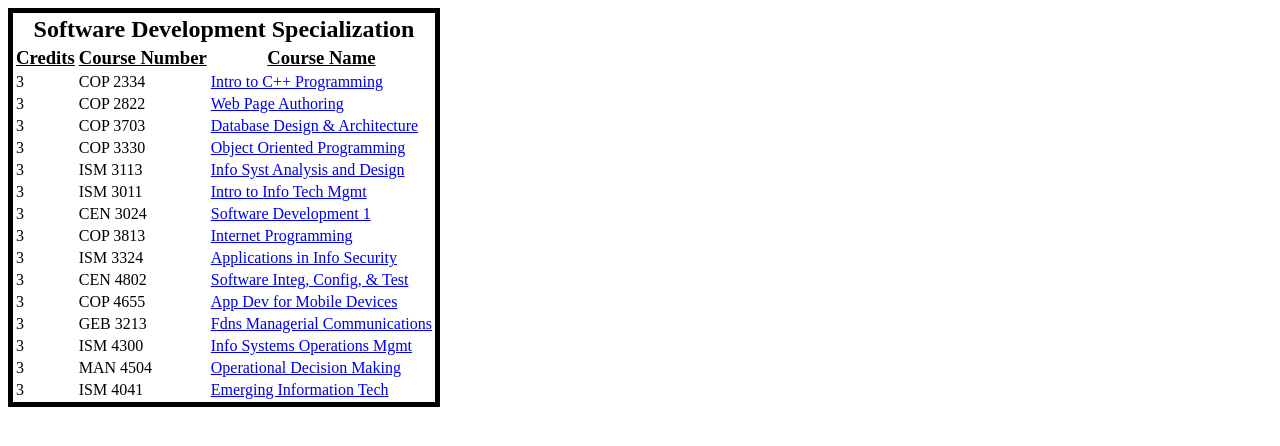
Repository: mlmEFSC21/P5-DegreeTableStyling
Page: FormattedProgramSpecialization1.html
An editor plug-in stored every save of this project. The page is shown before and after the next save, followed by the edit.
The browser window is 1280 px wide. The pictures show the whole page.
Some web fonts or font styles are not loaded; a fallback is used.

Above is the page before, as saved 2022-02-07 16:05:33.

### FormattedProgramSpecialization1.html
<!DOCTYPE html>
<html lang="en">
    <head>
        <meta charset="UTF-8" />
        <meta http-equiv="X-UA-Compatible" content="IE=edge" />
        <meta name="viewport" content="width=device-width, initial-scale=1.0" />
        <link rel="preconnect" href="https://fonts.googleapis.com" />
        <link rel="preconnect" href="https://fonts.gstatic.com" crossorigin />
        <link
            href="https://fonts.googleapis.com/css2?family=Spectral:wght@300&display=swap"
            rel="stylesheet"
        />
        <title>Degree Specialization Table</title>
    </head>
    <body>
        <table style="border: 5px solid black">
            <thead style="text-align: center">
                <tr>
                    <th colspan="3" style="font-size: 18pt; font-weight: bold">
                        Software Development Specialization
                    </th>
                </tr>
                <tr style="font-size: 14pt; text-decoration: underline">
                    <th>Credits</th>
                    <th>Course Number</th>
                    <th>Course Name</th>
                </tr>
            </thead>
            <tbody>
                <tr>
                    <td style="font-size: 12pt; text-align: left">3</td>
                    <td>COP 2334</td>
                    <td>
                        <a
                            href="https://bannerweb.easternflorida.edu/prod/bwckctlg.p_disp_course_detail?cat_term_in=202210&subj_code_in=COP&crse_numb_in=2334"
                            >Intro to C++ Programming</a
                        >
                    </td>
                </tr>
                <tr>
                    <td>3</td>
                    <td>COP 2822</td>
                    <td>
                        <a
                            href="https://bannerweb.easternflorida.edu/prod/bwckctlg.p_disp_course_detail?cat_term_in=202210&subj_code_in=COP&crse_numb_in=2822"
                            >Web Page Authoring</a
                        >
                    </td>
                </tr>
                <tr>
                    <td>3</td>
                    <td>COP 3703</td>
                    <td>
                        <a
                            href="https://bannerweb.easternflorida.edu/prod/bwckctlg.p_disp_course_detail?cat_term_in=202210&subj_code_in=COP&crse_numb_in=3703"
                            >Database Design & Architecture</a
                        >
                    </td>
                </tr>
                <tr>
                    <td>3</td>
                    <td>COP 3330</td>
                    <td>
                        <a
                            href="https://bannerweb.easternflorida.edu/prod/bwckctlg.p_disp_course_detail?cat_term_in=202210&subj_code_in=COP&crse_numb_in=3330"
                            >Object Oriented Programming</a
                        >
                    </td>
                </tr>
                <tr>
                    <td>3</td>
                    <td>ISM 3113</td>
                    <td>
                        <a
                            href="https://bannerweb.easternflorida.edu/prod/bwckctlg.p_disp_course_detail?cat_term_in=202210&subj_code_in=ISM&crse_numb_in=3113"
                            >Info Syst Analysis and Design</a
                        >
                    </td>
                </tr>
                <tr>
                    <td>3</td>
                    <td>ISM 3011</td>
                    <td>
                        <a
                            href="https://bannerweb.easternflorida.edu/prod/bwckctlg.p_disp_course_detail?cat_term_in=202210&subj_code_in=ISM&crse_numb_in=3011"
                            >Intro to Info Tech Mgmt</a
                        >
                    </td>
                </tr>
                <tr>
                    <td>3</td>
                    <td>CEN 3024</td>
                    <td>
                        <a
                            href="https://bannerweb.easternflorida.edu/prod/bwckctlg.p_disp_course_detail?cat_term_in=202210&subj_code_in=CEN&crse_numb_in=3024"
                            >Software Development 1</a
                        >
                    </td>
                </tr>
                <tr>
                    <td>3</td>
                    <td>COP 3813</td>
                    <td>
                        <a
                            href="https://bannerweb.easternflorida.edu/prod/bwckctlg.p_disp_course_detail?cat_term_in=202210&subj_code_in=COP&crse_numb_in=3813"
                            >Internet Programming</a
                        >
                    </td>
                </tr>
                <tr>
                    <td>3</td>
                    <td>ISM 3324</td>
                    <td>
                        <a
                            href="https://bannerweb.easternflorida.edu/prod/bwckctlg.p_disp_course_detail?cat_term_in=202210&subj_code_in=ISM&crse_numb_in=3324"
                            >Applications in Info Security</a
                        >
                    </td>
                </tr>
                <tr>
                    <td>3</td>
                    <td>CEN 4802</td>
                    <td>
                        <a
                            href="https://bannerweb.easternflorida.edu/prod/bwckctlg.p_disp_course_detail?cat_term_in=202210&subj_code_in=CEN&crse_numb_in=4802"
                            >Software Integ, Config, & Test</a
                        >
                    </td>
                </tr>
                <tr>
                    <td>3</td>
                    <td>COP 4655</td>
                    <td>
                        <a
                            href="https://bannerweb.easternflorida.edu/prod/bwckctlg.p_disp_course_detail?cat_term_in=202210&subj_code_in=COP&crse_numb_in=4655"
                            >App Dev for Mobile Devices</a
                        >
                    </td>
                </tr>
                <tr>
                    <td>3</td>
                    <td>GEB 3213</td>
                    <td>
                        <a
                            href="https://bannerweb.easternflorida.edu/prod/bwckctlg.p_disp_course_detail?cat_term_in=202210&subj_code_in=GEB&crse_numb_in=3213"
                            >Fdns Managerial Communications</a
                        >
                    </td>
                </tr>
                <tr>
                    <td>3</td>
                    <td>ISM 4300</td>
                    <td>
                        <a
                            href="https://bannerweb.easternflorida.edu/prod/bwckctlg.p_disp_course_detail?cat_term_in=202210&subj_code_in=ISM&crse_numb_in=4300"
                            >Info Systems Operations Mgmt</a
                        >
                    </td>
                </tr>
                <tr>
                    <td>3</td>
                    <td>MAN 4504</td>
                    <td>
                        <a
                            href="https://bannerweb.easternflorida.edu/prod/bwckctlg.p_disp_course_detail?cat_term_in=202210&subj_code_in=MAN&crse_numb_in=4504"
                            >Operational Decision Making</a
                        >
                    </td>
                </tr>
                <tr>
                    <td>3</td>
                    <td>ISM 4041</td>
                    <td>
                        <a
                            href="https://bannerweb.easternflorida.edu/prod/bwckctlg.p_disp_course_detail?cat_term_in=202210&subj_code_in=ISM&crse_numb_in=4041"
                            >Emerging Information Tech</a
                        >
                    </td>
                </tr>
            </tbody>
        </table>
    </body>
</html>

After the next save:
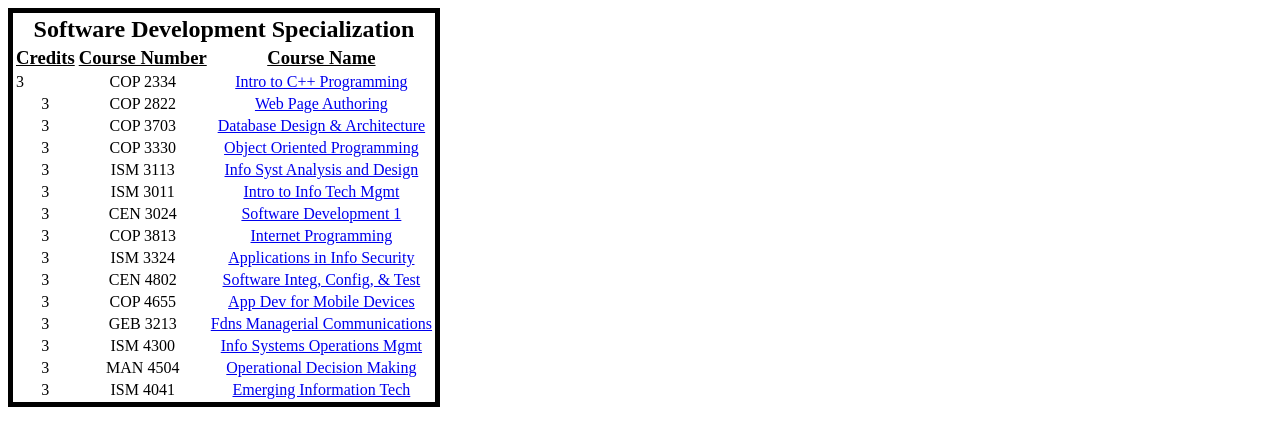
Saved 45 s later.
--- a/FormattedProgramSpecialization1.html
+++ b/FormattedProgramSpecialization1.html
@@ -13,7 +13,7 @@
         <title>Degree Specialization Table</title>
     </head>
     <body>
-        <table style="border: 5px solid black">
+        <table style="border: 5px solid black; text-align: center">
             <thead style="text-align: center">
                 <tr>
                     <th colspan="3" style="font-size: 18pt; font-weight: bold">
